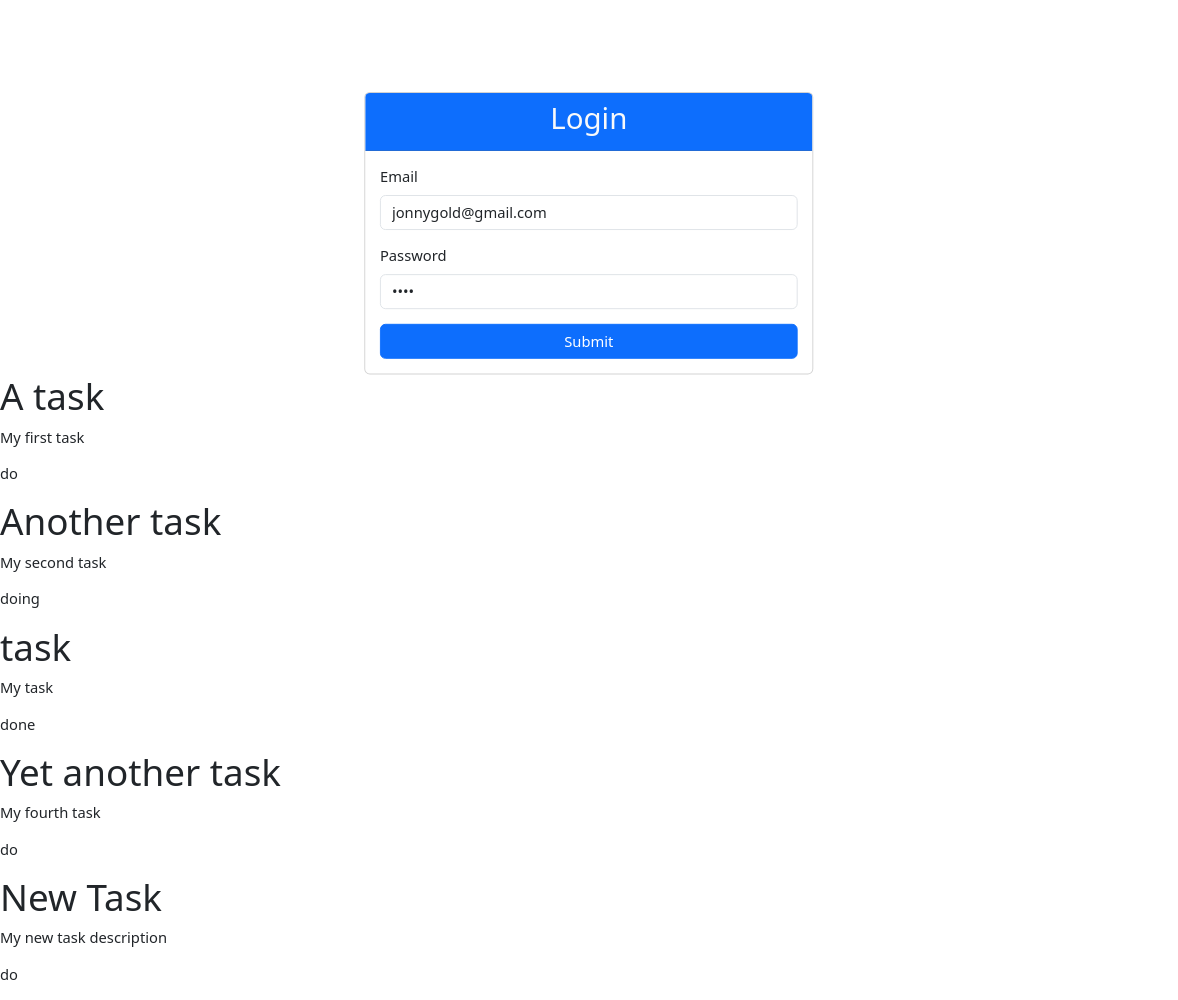
Repository: trider/react-task-app
Page: /
An editor plug-in stored every save of this project. The page is shown before and after a run of saves, followed by the edit.
The browser window is 1280 px wide. The pictures show the whole page, at 92% of full size.
The project was rebuilt for these pictures with package versions that can differ from the ones it lists, and the page was loaded fresh each time.

Above is the page before, as saved 2024-05-02 17:34:03.

### src/App.js

import 'bootstrap/dist/css/bootstrap.min.css';
import LoginForm from "./pages/Login";
import TaskList from "./pages/Task";


let App = () => {
  return (
    <div>

      <LoginForm />
      <TaskList />




    </div>


  );
}


export default App;

### src/pages/Login.js

import Button from 'react-bootstrap/Button';
import Container from 'react-bootstrap/Container';
import Form from 'react-bootstrap/Form';
import Card from 'react-bootstrap/Card';
import { useState } from 'react';


const Users  = [
  {
    id: "6630a7516e723ac1ea6dce75",
    email: "jonnygold@gmail.com",
    name: "Jonathan Gold",
    password: "1234",
    userName: "jonnygold",
    isActive: true,
    userId: 1,
    created: "2024-05-01T08:57:20.123Z",
    updated: "2024-05-01T08:57:20.123Z"

  },
  {
    id: "663203f0062b854f9356c434",
    email: "jongold@gmail.com",
    name: "Jon Gold",
    password: "1234",
    userName: "jongold",
    userId: 2,
    created: "2024-05-01T09:08:55.211Z",
    updated: "2024-05-01T09:08:55.211Z",
    isActive: true
  }
]

const FormBody = () => {

  const [email, setEmail] = useState("jonnygold@gmail.com");
  const [password, setPassword] = useState("1234");
  // const [user, setUser] = useState();



  return (
    <div>
      <Form onSubmit={(e) => {
        const currUser = Users.filter((user) => user.email === email && user.password === password)[0];
        alert(JSON.stringify(currUser));


      }}>
        <Form.Group className="mb-3" controlId="formBasicEmail">
          <Form.Label>Email</Form.Label>
          <Form.Control
          type="email"
          placeholder="Enter email"
          value={email}
          onChange={(e) => setEmail(e.target.value)}

          />
        </Form.Group>

        <Form.Group className="mb-3" controlId="formBasicPassword">
          <Form.Label>Password</Form.Label>
          <Form.Control
          type="password"
          placeholder="Password"
          value={password}
          onChange={(e) => setPassword(e.target.value)}


          />
        </Form.Group>
        <div className="d-grid gap-2">
          <Button variant="primary" type="submit" >Submit</Button>
        </div>
      </Form>
    </div>
  );

}



const LoginForm = () => {
  return (
    <div>
      <Container fluid className='container-lg' style={{ marginTop: '100px', width: '40%' }}>
        <Card className='card-sm'>
          <Card.Header className='bg-primary text-light text-center' >
            <h2>Login</h2>
          </Card.Header>
          <Card.Body>
            <FormBody />

          </Card.Body>
        </Card>

      </Container>
    </div>





  );
}

export default LoginForm;

### src/pages/Task.js
const userTasks= [
 {
   id: "6630ab326e723ac1ea6dce7a",
   description: "My first task",
   name: "A task",
   taskId: 1,
   user: "jonnygold",
   added: "2024-05-01T22:00:00.000Z",
   updated: "2024-05-01T14:16:01.119Z",
   status: "do",
   isActive: true
 },
 {
   id: "6630fe5d6e723ac1ea6dce7e",
   description: "My second task",
   name: "Another task",
   taskId: 2,
   user: "jonnygold",
   added: "2024-05-01T22:00:00.000Z",
   updated:"2024-05-01T14:16:01.119Z",
   status: "doing",
   isActive: true
 },
 {
   id: "6630fe826e723ac1ea6dce7f",
   description: "My task",
   name: "task",
   taskId: 3,
   user: "jonnygold",
   added: "2024-05-01T22:00:00.000Z",
   updated:"2024-05-01T14:16:01.119Z",
   status: "done",
   isActive: true
 },
 {
   id: "6631f17cc4c9b7f5ab3c28c3",
   name: "Yet another task",
   description: "My fourth task",
   user: "jonnygold",
   taskId: 4,
   added: "2024-05-01T22:00:00.000Z",
   updated:"2024-05-01T14:16:01.119Z",
   isActive: true,
   status: "do",

 },
 {
   id: "66323f0d54b80929f84ebdd2",
   user: "jonnygold",
   name: "New Task",
   description: "My new task description",
   status: "do",
   taskId: 5,
   added: "2024-05-01T22:00:00.000Z",
   updated:"2024-05-01T14:16:01.119Z",
   isActive: true,
 }

]

const TaskList = () => {
  return (
    <div>
      {userTasks.map((task) => (
        <div key={task.id}>
          <h1>{task.name}</h1>
          <p>{task.description}</p>
          <p>{task.status}</p>
        </div>
      ))}
    </div>
  );
}

export default TaskList;

Loaded but not shown: public/index.html (common file); src/index.js (common file); src/index.css (common file); src/reportWebVitals.js (common file)

After the next 5 saves:
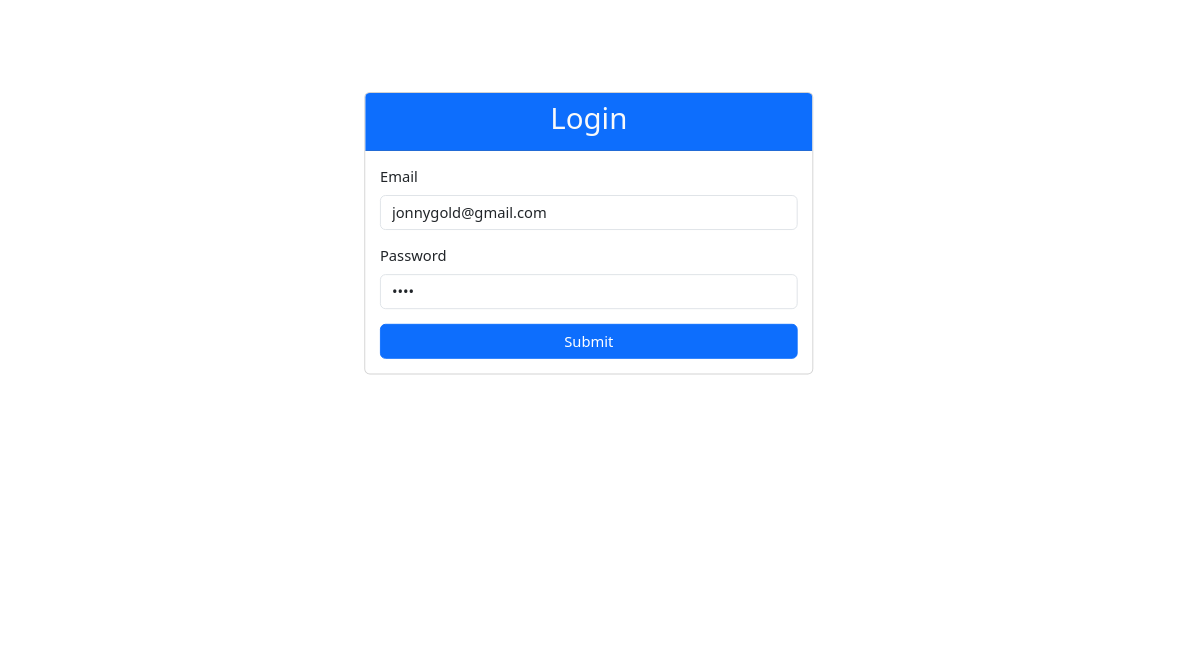
The 5 saves are shown as one change because 4 did not build or start.
The last was saved 2 min 55 s later.
--- a/src/App.js
+++ b/src/App.js
@@ -1,5 +1,7 @@
 
 import 'bootstrap/dist/css/bootstrap.min.css';
+import ReactDOM from "react-dom/client";
+import { BrowserRouter, Routes, Route } from "react-router-dom";
 import LoginForm from "./pages/Login";
 import TaskList from "./pages/Task";
 
@@ -7,9 +9,15 @@ import TaskList from "./pages/Task";
 let App = () => {
   return (
     <div>
+          <BrowserRouter>
+      <Routes>
+          <Route index element={<LoginForm />} />
+          <Route path="login" element={<LoginForm />} />
+          <Route path="tasks" element={<TaskList />} />
+      </Routes>
+    </BrowserRouter>
 
-      <LoginForm />
-      <TaskList />
+
 
 
 
